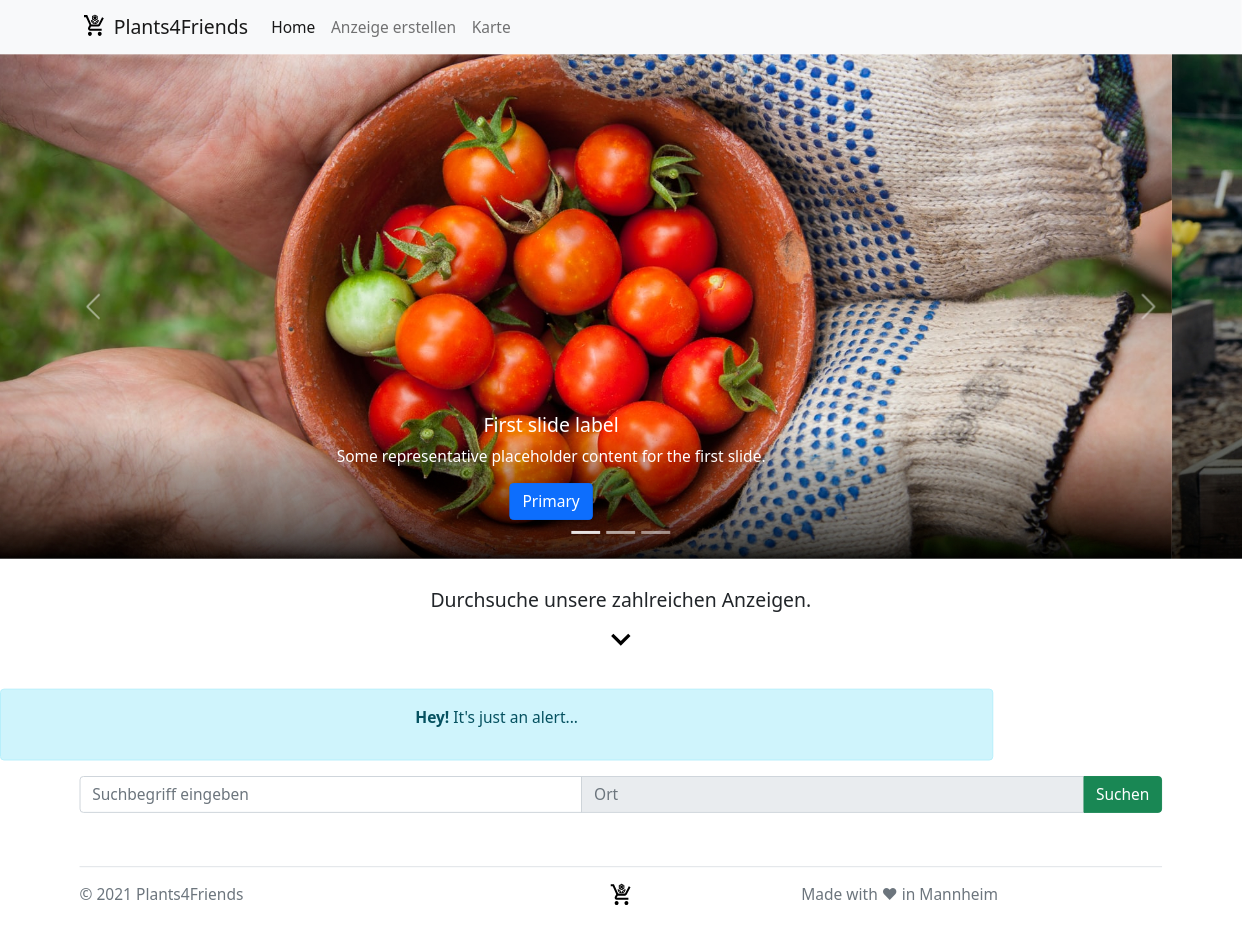
Repository: Carlson43/PlantsForFriends
Page: Website/index.html
The author's editor kept a copy of each file at every save. The page is drawn from the files as they stood at one save, then again after the next save.
The browser window is 1280 px wide. The pictures show the whole page, at 97% of full size.

Above is the page before, as saved 2022-01-13 12:13:20.

### Website/index.html
<!doctype html>
<html lang="en">
  <head>
      <!-- Required meta tags -->
      <meta charset="utf-8">
      <meta name="viewport" content="width=device-width, initial-scale=1">

      <!-- Referencing Backend -->
      <script src="https://code.jquery.com/jquery-3.6.0.js"> </script>
      <script src="./Backend.js"> </script>

      <!-- Bootstrap CSS -->
      <link href="https://cdn.jsdelivr.net/npm/bootstrap@5.1.3/dist/css/bootstrap.min.css" rel="stylesheet" integrity="sha384-1BmE4kWBq78iYhFldvKuhfTAU6auU8tT94WrHftjDbrCEXSU1oBoqyl2QvZ6jIW3" crossorigin="anonymous">

      <!-- Custom Carousel CSS -->
      <style>
        .img-responsive {
        max-width: 100%; /* or to whatever you want here */
        max-height: auto; /* or to whatever you want here */
      }
      </style>

      <!-- Custom Divider CSS -->
      <link rel="stylesheet" href="divider.css">

    <title>Welcome @ Plants4Friends</title>

    <!-- Favicon -->
    <link rel="icon" type="image/x-icon" href="./Design-Ressourcen/flower.svg">
  </head>

  <body>
    <!-- Navbar -->
    <nav class="navbar navbar-expand-lg navbar-light bg-light">
        <div class="container fluid">
            <!-- Navabr Logo and Brandname -->
            <a class="navbar-brand" href="#">
                <img src="./Design-Ressourcen/logo.svg" alt="" width="30" height="24" class="d-inline-block align-text-top">
                Plants4Friends
            </a>
            <!-- Toggler for Expandsion -->
            <button class="navbar-toggler" type="button" data-bs-toggle="collapse" data-bs-target="#navbarNav" aria-controls="navbarNav" aria-expanded="false" aria-label="Toggle navigation">
                <span class="navbar-toggler-icon"></span>
            </button>
            <!-- Navigation Links -->
            <div class="collapse navbar-collapse" id="navbarNav">
                <div class="navbar-nav">
                    <a class="nav-link active" aria-current="page" href="index.html">Home</a>
                    <a class="nav-link" href="./create.html">Anzeige erstellen</a>
                    <a class="nav-link" href="./map.html">Karte</a>
                </div>
            </div>
        </div>
    </nav>

    <!-- Carousel -->
    <div id="carouselExampleCaptions" class="carousel slide" data-bs-ride="carousel">
        <!-- Slide Indicators -->
        <div class="carousel-indicators">
          <button type="button" data-bs-target="#carouselExampleCaptions" data-bs-slide-to="0" class="active" aria-current="true" aria-label="Slide 1"></button>
          <button type="button" data-bs-target="#carouselExampleCaptions" data-bs-slide-to="1" aria-label="Slide 2"></button>
          <button type="button" data-bs-target="#carouselExampleCaptions" data-bs-slide-to="2" aria-label="Slide 3"></button>
        </div>
        <!-- Carousel Slide Content -->
        <div class="carousel-inner">
          <!-- First Slide (starts with an active state) -->
          <div class="carousel-item active">
            <img src="./Design-Ressourcen/Bilder/carousel02-cut.jpg" class="img-responsive" alt="...">
            <!-- Text / Content Box -->
            <div class="carousel-caption d-none d-sm-block">
                <h5>First slide label</h5>
                <p>Some representative placeholder content for the first slide.</p>
                <button type="button" class="btn btn-primary">Primary</button>
            </div>
          </div>
          <!-- Second Slide -->
          <div class="carousel-item">
            <img src="./Design-Ressourcen/Bilder/carousel03-cut.jpg" class="d-block w-100" alt="...">
            <!-- Text / Content Box -->
            <div class="carousel-caption d-none d-sm-block">
                <h5>Second slide label</h5>
                <p>Some representative placeholder content for the second slide.</p>
                <button type="button" class="btn btn-outline-light">Light</button>
            </div>
          </div>
          <!-- Third Slide -->
          <div class="carousel-item">
            <img src="./Design-Ressourcen/Bilder/carousel04-cut.jpg" class="d-block w-100" alt="...">
            <!-- Text / Content Box -->
            <div class="carousel-caption d-none d-sm-block">
                <h5>Third slide label</h5>
                <p>Some representative placeholder content for the third slide.</p>
                <button type="button" class="btn btn-light">Light</button>
            </div>
          </div>
        </div>
        <!-- Left Button for previous Slide -->
        <button class="carousel-control-prev" type="button" data-bs-target="#carouselExampleCaptions" data-bs-slide="prev">
          <span class="carousel-control-prev-icon" aria-hidden="true"></span>
          <span class="visually-hidden">Previous</span>
        </button>
        <!-- Right Button for next Slide -->
        <button class="carousel-control-next" type="button" data-bs-target="#carouselExampleCaptions" data-bs-slide="next">
          <span class="carousel-control-next-icon" aria-hidden="true"></span>
          <span class="visually-hidden">Next</span>
        </button>
    </div>

    <div class="h-divider"></div>

    <!-- Small Text -->
    <div class="container-md text-center">
      <h5>Durchsuche unsere zahlreichen Anzeigen.</h5>
      <img src="./Design-Ressourcen/expand_more.svg" class="mx-auto d-block" alt="" style="height: 40px" >
    </div>

    <div class="h-divider"></div>

    <div id = "alert" class="alert alert-success" role="alert" text-align = center hidden>
      Sie werden weitergeleitet, einen Moment bitte!
    </div>

    <div class="alert alert-info" style="width: 80%;" role="alert">
      <p class="text-center">
       <i class="fa fa-exclamation-triangle" aria-hidden="true"></i>        <strong>Hey!</strong>  It's just an alert...
      </p>
  </div>
    <!-- Input / Search Group -->
      <div class="container-md">
        <div class="input-group">
          <!-- General Search Input -->
          <input type="text" placeholder="Suchbegriff eingeben" aria-label="search_term" id="search_term" class="form-control">
          <!-- Location Search Input - Diabled due to no working implementation -->
          <input type="text" placeholder="Ort" aria-label="search_loc" id="search_loc" class="form-control" disabled>
          <!-- Search Button -->
          <button onclick= "search_and_display();" class="btn btn-success" type="button" id="search_btn">Suchen</button>
        </div>
    </div>

    <div class="h-divider"></div>


    <!-- Container Layout Demo -->
    <div class="container-md">
        <div class="row">
          <div class="col">
                <!-- Card Element 1-->
                <div class="card" style="width: 18rem;" id = "Card0" hidden>
                  <!-- Heading image -->
                  <img src="./Design-Ressourcen/Bilder/carrots.jpg" class="card-img-top" alt="...">
                  <div class="card-body">
                      <h5 class="card-title" id = "Card0title">Überschrift</h5>
                      <h5 class="card-title" id = "Card0key" hidden>f</h5>
                      <h6 class="card-subtitle mb-2 text-muted" id = "Card0price">Preis in €</h6>
                      <h6 class="card-subtitle mb-2 text-muted" id = "Card0contact">Kontaktmöglichkeit</h6>
                      <p class="card-text" id = "Card0text">Die Beschreibung der Anzeige soll hier dann erscheinen. Vielleicht ist die Größe aber ein Limit. Naja, das lässt sich bestimmt irgendiwe Lösen</p>
                       <!-- Detail Button -->
                      <a  class="btn btn-primary" onclick = "alert();addKey0();setTimeout(myURL, 4000);">Details ></a>
                  </div>
                </div>
          </div>
          <div class="col">
            <!-- Card Element 2-->
            <div class="card" style="width: 18rem;" id = "Card1" hidden>
              <!-- Heading image -->
              <img src="./Design-Ressourcen/Bilder/carrots.jpg" class="card-img-top" alt="...">
              <div class="card-body">
                  <h5 class="card-title" id = "Card1title">Überschrift</h5>
                  <h5 class="card-title" id = "Card1key" hidden>f</h5>
                  <h6 class="card-subtitle mb-2 text-muted" id = "Card1price">Preis in €</h6>
                  <h6 class="card-subtitle mb-2 text-muted" id = "Card1contact">Kontaktmöglichkeit</h6>
                  <p class="card-text" id = "Card1text">Die Beschreibung der Anzeige soll hier dann erscheinen. Vielleicht ist die Größe aber ein Limit. Naja, das lässt sich bestimmt irgendiwe Lösen</p>
                  <!-- Detail Button -->
                  <a class="btn btn-primary" onclick = "alert();addKey1();setTimeout(myURL, 4000);">Details ></a>
              </div>
            </div>
          </div>
          <div class="col">
            <!-- Card Element 3-->
            <div class="card" style="width: 18rem;" id = "Card2" hidden>
              <!-- Heading image -->
              <img src="./Design-Ressourcen/Bilder/carrots.jpg" class="card-img-top" alt="...">
              <div class="card-body">
                  <h5 class="card-title" id = "Card2title">Überschrift</h5>
                  <h5 class="card-title" id = "Card2key" hidden>f</h5>
                  <h6 class="card-subtitle mb-2 text-muted" id = "Card2price">Preis in €</h6>
                  <h6 class="card-subtitle mb-2 text-muted" id = "Card2contact">Kontaktmöglichkeit</h6>
                  <p class="card-text" id = "Card2text">Die Beschreibung der Anzeige soll hier dann erscheinen. Vielleicht ist die Größe aber ein Limit. Naja, das lässt sich bestimmt irgendiwe Lösen</p>
                  <!-- Detail Button -->
                  <a class="btn btn-primary" onclick = "alert();addKey2();setTimeout(myURL, 4000);">Details ></a>
              </div>
            </div>
          </div>
        </div>
        <div class="row">
          <div class="col">
                <!-- Card Element 4-->
                <div class="card" style="width: 18rem;" id = "Card3" hidden>
                  <!-- Heading image -->
                  <img src="./Design-Ressourcen/Bilder/carrots.jpg" class="card-img-top" alt="...">
                  <div class="card-body">
                      <h5 class="card-title" id = "Card3title">Überschrift</h5>
                      <h5 class="card-title" id = "Card3key" hidden></h5>
                      <h6 class="card-subtitle mb-2 text-muted" id = "Card3price">Preis in €</h6>
                      <h6 class="card-subtitle mb-2 text-muted" id = "Card3contact">Kontaktmöglichkeit</h6>
                      <p class="card-text" id = "Card3text">Die Beschreibung der Anzeige soll hier dann erscheinen. Vielleicht ist die Größe aber ein Limit. Naja, das lässt sich bestimmt irgendiwe Lösen</p>
                      <!-- Detail Button -->
                      <a  class="btn btn-primary" onclick = "alert();addKey3();setTimeout(myURL, 4000);">Details ></a>
                  </div>
                </div>
          </div>
          <div class="col">
            <!-- Card Element 5-->
            <div class="card" style="width: 18rem;" id = "Card4" hidden>
              <!-- Heading image -->
              <img src="./Design-Ressourcen/Bilder/carrots.jpg" class="card-img-top" alt="...">
              <div class="card-body">
                  <h5 class="card-title" id = "Card4title">Überschrift</h5>
                  <h5 class="card-title" id = "Card4key" hidden></h5>
                  <h6 class="card-subtitle mb-2 text-muted" id = "Card4price">Preis in €</h6>
                  <h6 class="card-subtitle mb-2 text-muted" id = "Card4contact">Kontaktmöglichkeit</h6>
                  <p class="card-text" id = "Card4text">Die Beschreibung der Anzeige soll hier dann erscheinen. Vielleicht ist die Größe aber ein Limit. Naja, das lässt sich bestimmt irgendiwe Lösen</p>
                  <!-- Detail Button -->
                  <a class="btn btn-primary" onclick = "alert();addKey4();setTimeout(myURL, 4000);">Details ></a>
              </div>
            </div>
          </div>
          <div class="col">
            <!-- Card Element 6-->
            <div class="card" style="width: 18rem;" id = "Card5" hidden>
              <!-- Heading image -->
              <img src="./Design-Ressourcen/Bilder/carrots.jpg" class="card-img-top" alt="...">
              <div class="card-body">
                  <h5 class="card-title" id = "Card0title">Überschrift</h5>
                  <h5 class="card-title" id = "Card5key" hidden></h5>
                  <h6 class="card-subtitle mb-2 text-muted" id = "Card5price">Preis in €</h6>
                  <h6 class="card-subtitle mb-2 text-muted" id = "Card5contact">Kontaktmöglichkeit</h6>
                  <p class="card-text" id = "Card5text">Die Beschreibung der Anzeige soll hier dann erscheinen. Vielleicht ist die Größe aber ein Limit. Naja, das lässt sich bestimmt irgendiwe Lösen</p>
                  <!-- Detail Button -->
                  <a class="btn btn-primary" onclick = "alert();addKey5();setTimeout(myURL, 4000);">Details ></a>
              </div>
            </div>
          </div>
        </div>
        <div class="row">
          <div class="col">
                <!-- Card Element 7-->
                <div class="card" style="width: 18rem;" id = "Card6" hidden>
                  <!-- Heading image -->
                  <img src="./Design-Ressourcen/Bilder/carrots.jpg" class="card-img-top" alt="...">
                  <div class="card-body">
                      <h5 class="card-title" id = "Card6title">Überschrift</h5>
                      <h5 class="card-title" id = "Card6key" hidden></h5>
                      <h6 class="card-subtitle mb-2 text-muted" id = "Card6price">Preis in €</h6>
                      <h6 class="card-subtitle mb-2 text-muted" id = "Card6contact">Kontaktmöglichkeit</h6>
                      <p class="card-text" id = "Card6text">Die Beschreibung der Anzeige soll hier dann erscheinen. Vielleicht ist die Größe aber ein Limit. Naja, das lässt sich bestimmt irgendiwe Lösen</p>
                      <!-- Detail Button -->
                      <a  class="btn btn-primary" onclick = "alert();addKey6();setTimeout(myURL, 4000);">Details ></a>
                  </div>
                </div>
          </div>
          <div class="col">
            <!-- Card Element 8-->
            <div class="card" style="width: 18rem;" id = "Card7" hidden>
              <!-- Heading image -->
              <img src="./Design-Ressourcen/Bilder/carrots.jpg" class="card-img-top" alt="...">
              <div class="card-body">
                  <h5 class="card-title" id = "Card7title">Überschrift</h5>
                  <h5 class="card-title" id = "Card7key" hidden></h5>
                  <h6 class="card-subtitle mb-2 text-muted" id = "Card7price">Preis in €</h6>
                  <h6 class="card-subtitle mb-2 text-muted" id = "Card7contact">Kontaktmöglichkeit</h6>
                  <p class="card-text" id = "Card7text">Die Beschreibung der Anzeige soll hier dann erscheinen. Vielleicht ist die Größe aber ein Limit. Naja, das lässt sich bestimmt irgendiwe Lösen</p>
                  <!-- Detail Button -->
                  <a class="btn btn-primary" onclick = "alert();addKey7();setTimeout(myURL, 4000);">Details ></a>
              </div>
            </div>
          </div>
          <div class="col">
            <!-- Card Element 9 -->
            <div class="card" style="width: 18rem;" id = "Card8" hidden>
              <!-- Heading image -->
              <img src="./Design-Ressourcen/Bilder/carrots.jpg" class="card-img-top" alt="...">
              <div class="card-body">
                  <h5 class="card-title" id = "Card8title">Überschrift</h5>
                  <h5 class="card-title" id = "Card8key" hidden></h5>
                  <h6 class="card-subtitle mb-2 text-muted" id = "Card8price">Preis in €</h6>
                  <h6 class="card-subtitle mb-2 text-muted" id = "Card8contact">Kontaktmöglichkeit</h6>
                  <p class="card-text" id = "Card8text">Die Beschreibung der Anzeige soll hier dann erscheinen. Vielleicht ist die Größe aber ein Limit. Naja, das lässt sich bestimmt irgendiwe Lösen</p>
                  <!-- Detail Button -->
                  <a class="btn btn-primary" onclick = "alert();addKey8();setTimeout(myURL, 4000);">Details ></a>
              </div>
            </div>
          </div>
        </div>
    </div>


    <!-- Footer -->
    <div class="container">
      <footer class="d-flex flex-wrap justify-content-between align-items-center py-3 my-4 border-top">
        <p class="col-md-4 mb-0 text-muted">© 2021 Plants4Friends</p>

        <!-- Footer Logo -->
        <a href="index.html" class="col-md-4 d-flex align-items-center justify-content-center mb-3 mb-md-0 me-md-auto link-dark text-decoration-none">
          <img src="./Design-Ressourcen/logo.svg" alt="" width="30" height="24" class="d-inline-block align-text-top">
        </a>

        <p class="col-md-4 mb-0 text-muted">Made with ❤ in Mannheim</p>
      </footer>
    </div>

    <!--Bootstrap JS-->
    <script src="https://cdn.jsdelivr.net/npm/bootstrap@5.1.3/dist/js/bootstrap.bundle.min.js" integrity="sha384-ka7Sk0Gln4gmtz2MlQnikT1wXgYsOg+OMhuP+IlRH9sENBO0LRn5q+8nbTov4+1p" crossorigin="anonymous"></script>

  </body>

<script>

</script>

</html>

### Website/divider.css

.h-divider{
    margin-top:15px;
    margin-bottom:15px;
    height:1px;
    width:100%;
    /* border-top:1px solid gray; */
}

Loaded but not shown: Website/Backend.js (264 lines, source omitted)

After the next save:
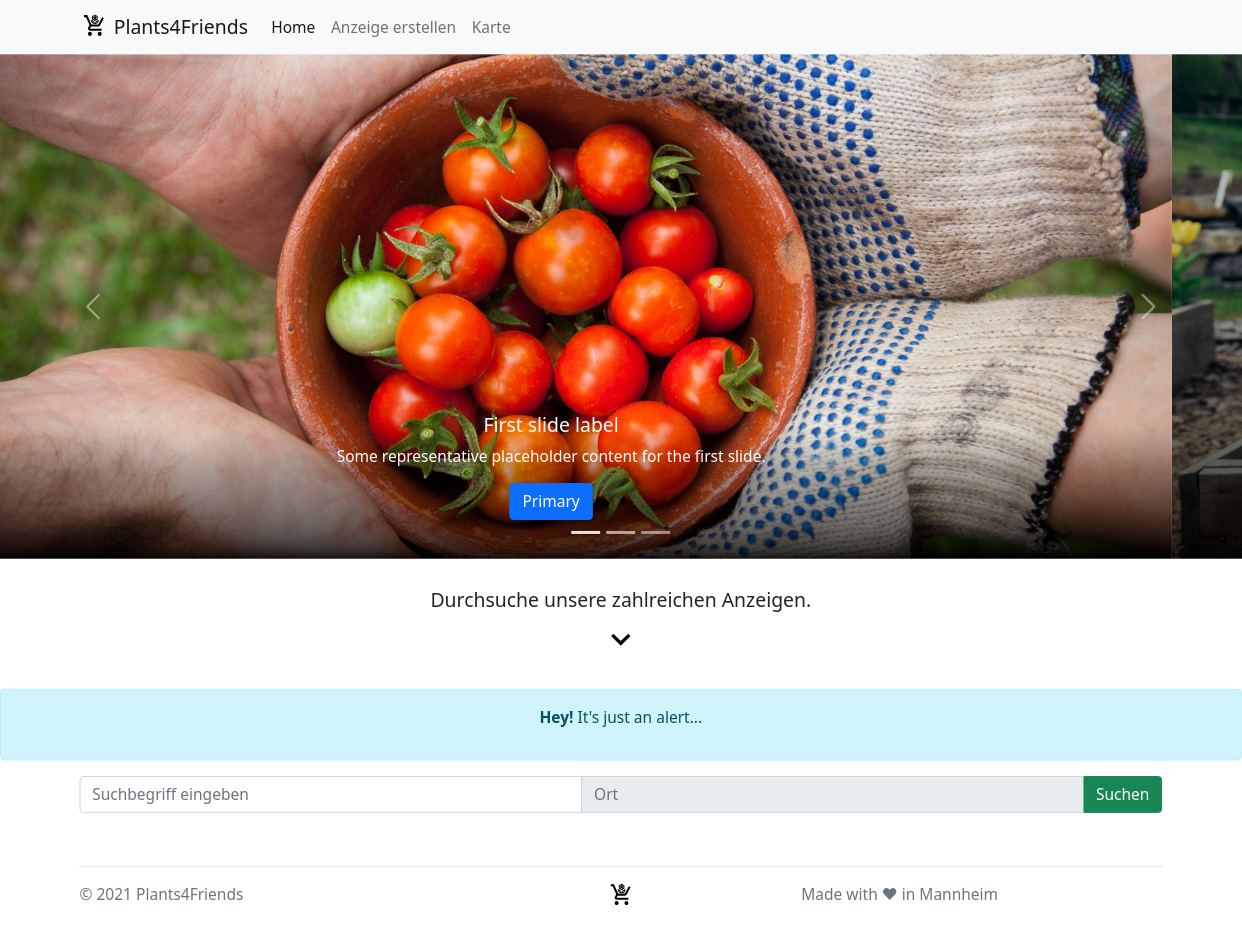
Saved 18 s later.
--- a/Website/index.html
+++ b/Website/index.html
@@ -120,7 +120,7 @@
       Sie werden weitergeleitet, einen Moment bitte!
     </div>
 
-    <div class="alert alert-info" style="width: 80%;" role="alert">
+    <div class="alert alert-info"  role="alert">
       <p class="text-center">
        <i class="fa fa-exclamation-triangle" aria-hidden="true"></i>        <strong>Hey!</strong>  It's just an alert...
       </p>
